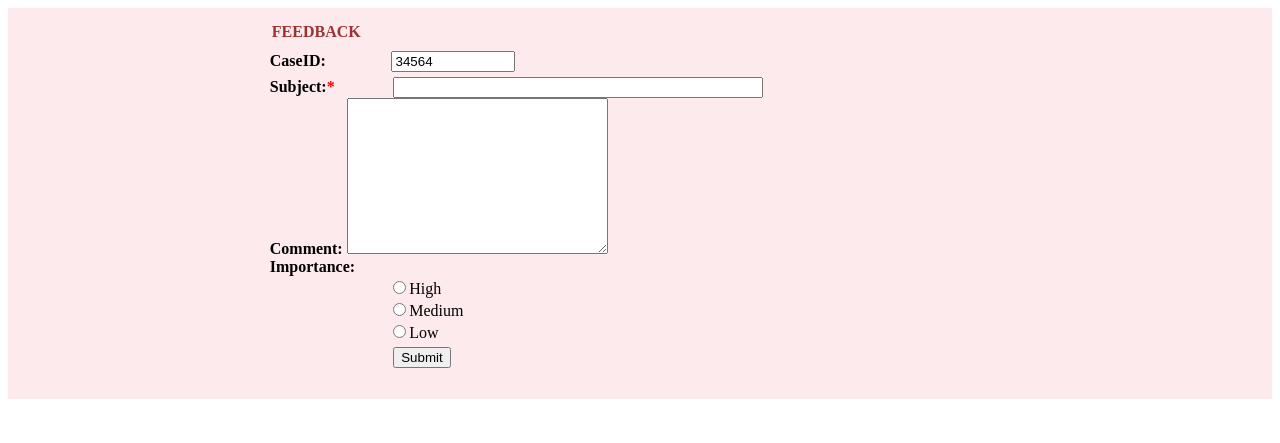
Repository: vRia4/INST728J-Victoria-Nathaniel
Page: Assignments/feedback.html
These files come from the project's save history. The page is drawn as it stood at one moment and after the next save; the edit follows.
The browser window is 1280 px wide. The pictures show the whole page.

Above is the page before, as saved 2023-07-25 11:47:53.

### Assignments/feedback.html
<html>
<head>
<title>Feedback</title>
<head>
    <style>
        .wrapper {
            background-color:rgb(253, 234, 237);
            padding: 15px;

        }

        .title {
            color:#9B3333;
            margin-left: 20%;
            margin-bottom: 10px;
            font-weight: bold;
        }

        label {
            margin-left: 20%;
            font-weight: bold;
        }

        input[type="num"] {
            width: 10%;
            margin-left: 5%;
        }

        input[type="class"] {
            width: 30%;
            margin-left: 4.4%;
            margin-top: 5px;
        }

         .id {
            width: 30%;
            margin-left: 4%;
            margin-top: 5px;
            /* width: 19%;
            margin-left: 30%;
            padding: 0px;
            margin-top: 5px; */
        }

        input[type="radio"], input[type="submit"]{
        margin-left: 30%;
        margin-top: 5px;
        }

    </style>
</head>
<body>
    <div class="wrapper">
        <legend class="title">FEEDBACK</legend>

        <form name="myFirstForm" method="post" action="ThankYou.html">
            <label for="caseID" > CaseID: </label>
	        <input type="num" value="34564"><br>

            <label for="subject">Subject:<span style="color: red;">*</label>
            <input type="class" placeholder=" "> </br>

            <!-- <div> -->
                <label for="comment">Comment:</label>
                <!-- <input textarea="comment" placeholder=" "> </br>  -->
                <textarea id="comment" name="comment" rows="10" cols="30"></textarea> </br>
            <!-- </div> -->

            <label for="importance"> Importance:</label><br>
            <input type="radio" name="value">High </br>
            <input type="radio" name="value">Medium </br>
            <input type="radio" name="value">Low </br>

            <div>
                <input type="submit" value="Submit">
            </div>
        </form>
    </div>

</body>
</html>

After the next save:
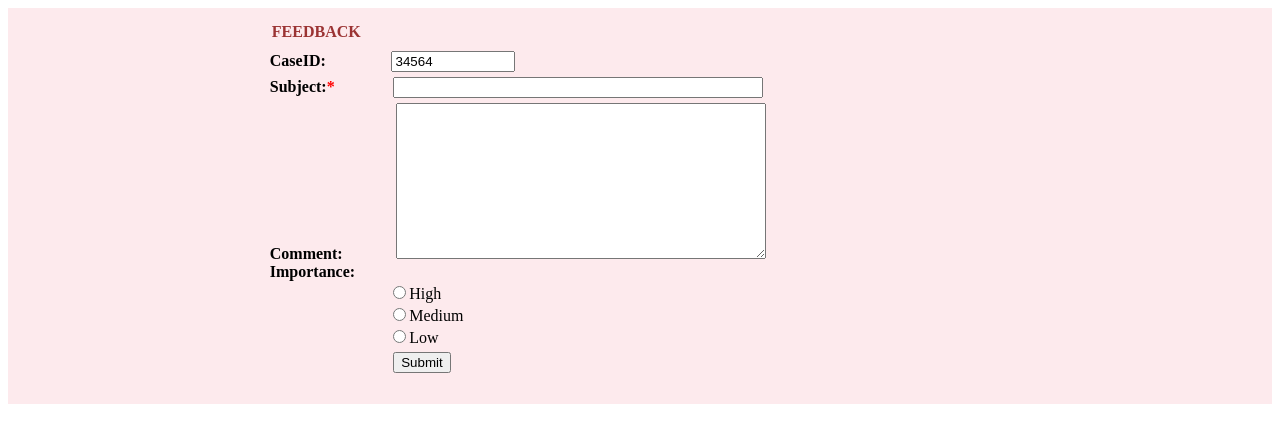
Saved 14 s later.
--- a/Assignments/feedback.html
+++ b/Assignments/feedback.html
@@ -32,7 +32,7 @@
             margin-top: 5px;
         }
 
-         .id {
+        textarea, .id {
             width: 30%;
             margin-left: 4%;
             margin-top: 5px;
